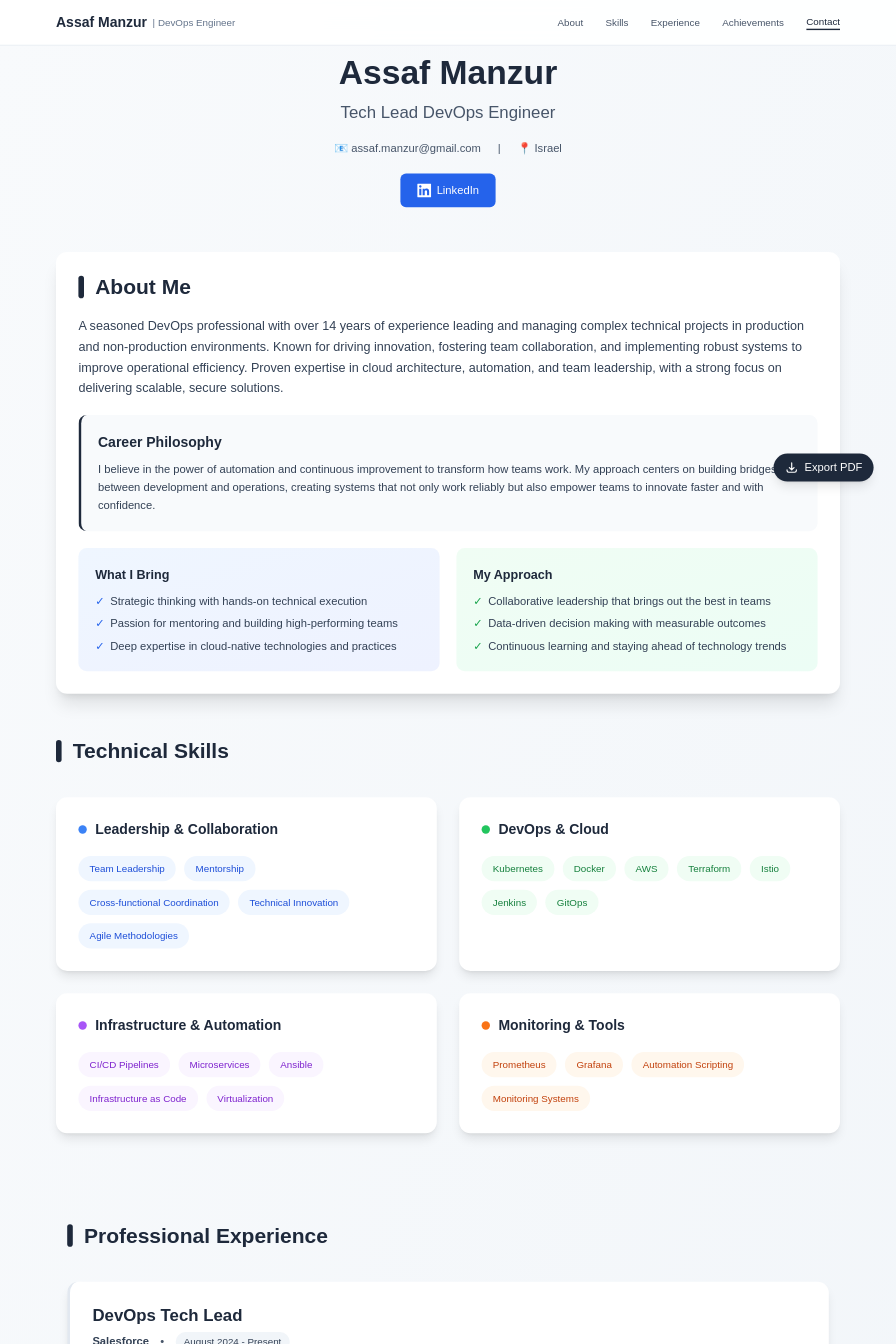
Repository: amanz81/cv
Page: /
These files come from the project's save history. The page is drawn as it stood at one moment and after the next save; the edit follows.
The browser window is 1280 px wide. The pictures show the part of the page from y = 0 to 1920 px (the page is 3942 px tall), at 70% of full size.
The project was rebuilt for these pictures with package versions that can differ from the ones it lists, and the page was loaded fresh each time. The framework's server and built-in components were replaced by stand-ins that run in the browser. Also part of the build but not shown: next.config.js, next.config.ts.

Above is the page before, as saved 2025-10-07 21:51:29.

After the next save:
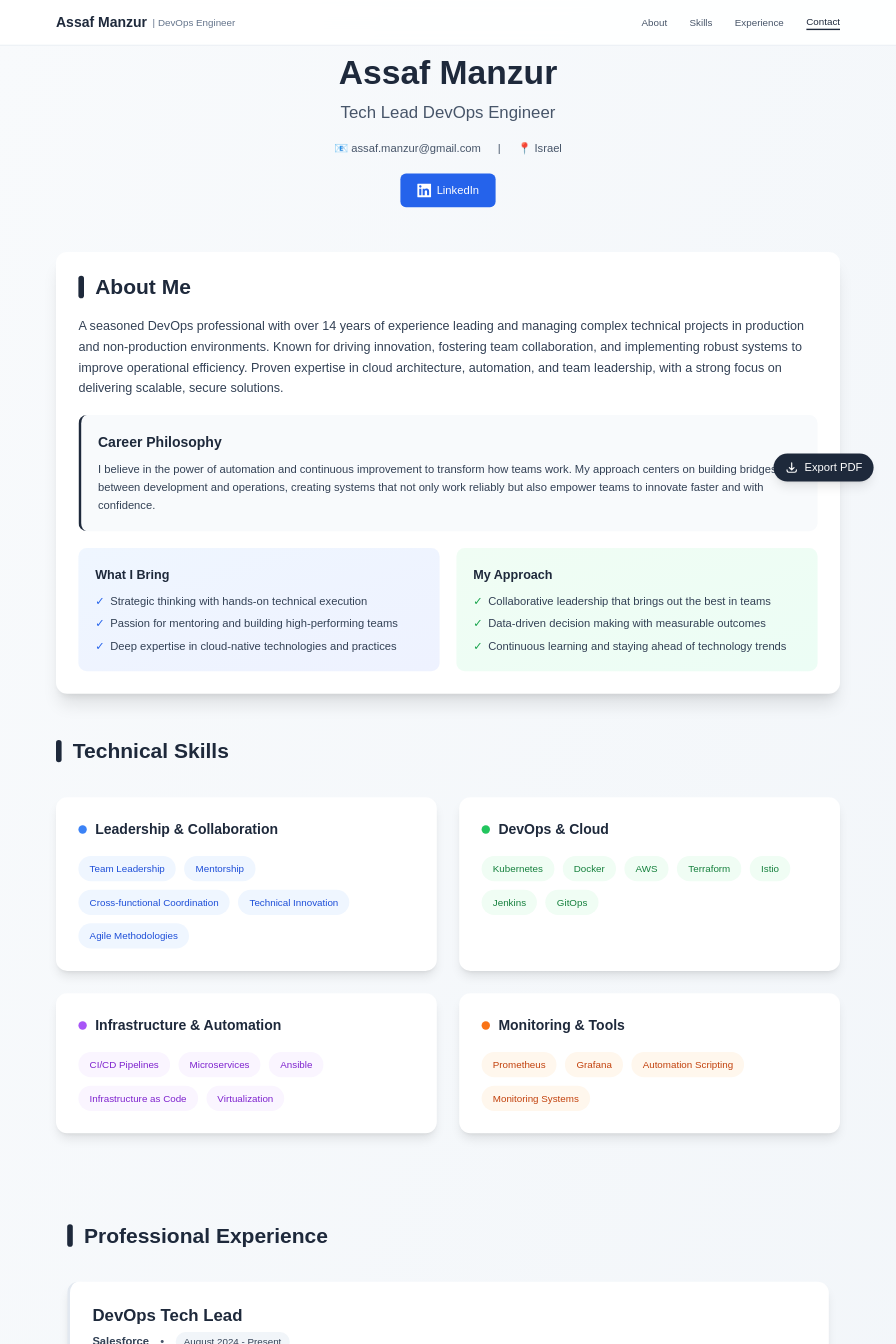
Saved 4 s later.
--- a/src/components/Navigation.tsx
+++ b/src/components/Navigation.tsx
@@ -36,7 +36,6 @@
     { id: 'about', label: 'About' },
     { id: 'skills', label: 'Skills' },
     { id: 'experience', label: 'Experience' },
-    { id: 'achievements', label: 'Achievements' },
     { id: 'contact', label: 'Contact' }
   ];
 
